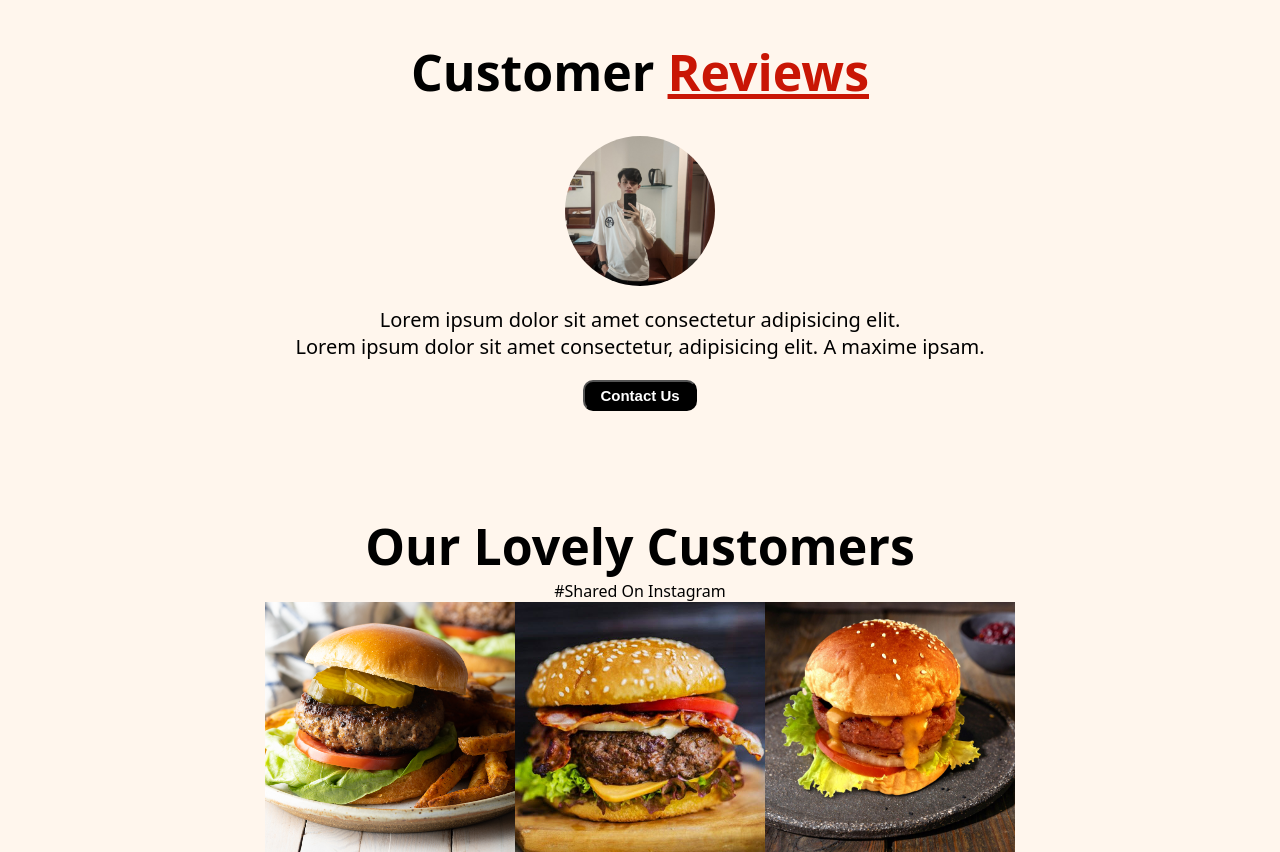
Repository: duc-thanh-2303/food
Page: index.html
These files come from the project's save history. The page is drawn as it stood at one moment and after the next save; the edit follows.
The browser window is 1280 px wide. The pictures show the part of the page from y = 2165 to 3117 px (the page is 3017 px tall before and 3117 px after).
A picture or video elsewhere on the page could not be fetched, so the positions and the page height are approximate.

Above is the page before, as saved 2022-11-29 16:16:50.

### index.html
<!DOCTYPE html>
<html lang="en">
<head>
    <meta charset="UTF-8">
    <meta http-equiv="X-UA-Compatible" content="IE=edge">
    <meta name="viewport" content="width=device-width, initial-scale=1.0">
    <title>Food</title>

    <link rel="stylesheet" href="./css/main.css">
    <link rel="stylesheet" href="./css/header.css">
    <link rel="stylesheet" href="./css/wrap.css">
    <link rel="stylesheet" href="./css/footer.css">
</head>
<body>

    <!-- header -->
    <header id="header">
        <img src="./img/burger.png" alt="" class="header__img">
        <div class="header__menu">
            <p>ORDER MENU</p>
            <p>CONTACT US</p>
        </div>
    </header>

    <!-- content -->
    <div id="wrap-content">

        <div class="title">
            <div class="title__name">
                <p class="title__name-first">TRY OUR NEW</p>
                <p class="title__name-second">YUMMY! BEEF BURGER</p>
                <span>hungry? let's meat up</span>
                <button class="title__name-btn">ORDER HERE!</button>
            </div>
            <img src="./img/main.png" alt="" class="title__img">
        </div>

        <div class="menu">
            <h1>OUR <span class="menu__title">MENU</span></h1>
            <div class="menu__section">
                <div class="menu__section__box">
                    <img src="./img/qc__1.png" alt="" class="menu__section__box__img">
                    <h3>CHEEZ BURGER</h3>
                    <p>Lorem ipsum dolor sit, amet consectetur adipisicing elit. Placeat ipsam debitis voluptate enim.</p>
                </div>

                <div class="menu__section__box">
                    <img src="./img/qc__2.png" alt="" class="menu__section__box__img">
                    <h3>CHEEZ BURGER</h3>
                    <p>Lorem ipsum dolor sit, amet consectetur adipisicing elit. Placeat ipsam debitis voluptate enim.</p>
                </div>

                <div class="menu__section__box">
                    <img src="./img/qc__1.png" alt="" class="menu__section__box__img">
                    <h3>CHEEZ BURGER</h3>
                    <p>Lorem ipsum dolor sit, amet consectetur adipisicing elit. Placeat ipsam debitis voluptate enim.</p>
                </div>

                <div class="menu__section__box">
                    <img src="./img/qc__2.png" alt="" class="menu__section__box__img">
                    <h3>CHEEZ BURGER</h3>
                    <p>Lorem ipsum dolor sit, amet consectetur adipisicing elit. Placeat ipsam debitis voluptate enim.</p>
                </div>
            </div>
        </div>

        <div class="combo">
            <h1 class="combo__title">SPECIAL CAMBO PACK</h1>
            <p class="combo__infor">Dady Burger, Fries & Soft Drink</p>
            <img src="./img/combo.png" alt="" class="combo__img">
        </div>

        <div class="customer">
            <h1 class="customer__name">Customer <span>Reviews</span></h1>
            <img src="./img/z3869192479946_b16734736fdfa61bce0daaa9820a2c93.jpg" class="customer__img" alt="">
            <div class="customer__infor">
                <p>Lorem ipsum dolor sit amet consectetur adipisicing elit.</p>
                <p>Lorem ipsum dolor sit amet consectetur, adipisicing elit. A maxime ipsam.</p>
            </div>
            <button class="customer__btn">Contact Us</button>
        </div>

        <div class="section">
            <h1>Our Lovely Customers</h1>
            <p>#Shared On Instagram</p>
            <div class="section__img">
                <img src="./img/team__1.jpg" alt="">
                <img src="./img/team__2.jpg" alt="">
                <img src="./img/team__3.jpg" alt="">
            </div>
        </div>
    </div>

    <!-- footer -->
    <footer id="footer">

    </footer>

    <script type="module" src="https://unpkg.com/ionicons@5.5.2/dist/ionicons/ionicons.esm.js"></script>
    <script nomodule src="https://unpkg.com/ionicons@5.5.2/dist/ionicons/ionicons.js"></script>
</body>
</html>

### css/main.css
@import url('https://fonts.googleapis.com/css2?family=Roboto:wght@100;300;500;700&display=swap');

* {
    margin: 0;
    padding: 0;
    box-sizing: border-box;
}

html {
    scroll-behavior: smooth;
}

:root {
    --white: #FFF6ED;
    --yellow: #FF8803;
    --orance: #F76E00;
    --red: #C91605;
    --bg: #E9DBC7;
}

body {
    background-color: var(--white);
    font-family: system-ui, -apple-system, BlinkMacSystemFont, 'Segoe UI', Roboto, Oxygen, Ubuntu, Cantarell, 'Open Sans', 'Helvetica Neue', sans-serif;
}

### css/header.css
:root {
    --white: #FFF6ED;
    --yellow: #FF8803;
    --orance: #F76E00;
    --red: #C91605;
    --bg: #E9DBC7;
}

#header {
    display: flex;
    flex-direction: row;
    justify-content: space-between;
    margin-left: 50px;
    margin-right: 50px;
    margin-top: 10px;
}

.header__img {
    width: 75px;
    height: 75px;
    object-fit: cover;
    object-position: center;
}

.header__menu {
    display: flex;
    flex-direction: row;
    justify-content: center;
    align-items: center;
}

.header__menu p {
    margin-left: 5px;
    margin-right: 5px;
    font-weight: bold;
    font-size: 20px;
    cursor: pointer;
    transition: all 0.15s;
}

.header__menu p:hover{
    color: var(--red);
    text-decoration: underline;
}

### css/wrap.css
:root {
    --white: #FFF6ED;
    --yellow: #FF8803;
    --orance: #F76E00;
    --red: #C91605;
    --bg: #E9DBC7;
}

#wrap-content {
    margin-left: 50px;
    margin-right: 50px;
}

.title {
    display: flex;
    flex-direction: row;
    justify-content: center;
    align-items: center;
    height: 80vh;
}

.title__img {
    width: 650px;
    height: 650px;
    object-fit: cover;
    object-position: center;
}

.title__name {
    display: flex;
    flex-direction: column;
    text-align: left;
    line-height: 1.2;
}

.title__name-first,
.title__name-second {
    font-size: 50px;
    font-weight: bold;
}

.title__name-second {
    color: var(--red);
}

.title__name > span {
    font-size: 15px;
}

.title__name-btn {
    margin-top: 10px;
    background-color: var(--orance);
    color: black;
    border: none;
    width: 200px;
    height: 40px;
    font-weight: bold;
    font-size: 25px;
    cursor: pointer;
    transition: all 0.3s;
}

.title__name-btn:hover {
    border-radius: 10px;
    background-color: var(--white);
    border: solid 2px var(--orance);
    color: var(--orance);
}

.menu {
    height: 100vh;
    display: flex;
    flex-direction: column;
    justify-content: center;
    align-items: center;
}

h1 {
    font-size: 50px;
}

.menu__title {
    color: var(--red);
    font-size: 50px;
    margin: 0 0 0 0;
}

.menu__section {
    display: flex;
    flex-direction: row;
}

.menu__section__box {
    display: flex;
    flex-direction: column;
    justify-content: center;
    align-items: center;
    width: 250px;
    height: auto;
    background-color: var(--bg);
    padding: 10px 20px 10px 20px;
    border-radius: 10px;
    margin: 90px 20px 0 20px ;
}

.menu__section__box__img {
    width: 180px;
    object-fit: cover;
    object-position: center;
}

h3 {
    color: var(--red);
    font-size: 20px;
}

.combo {
    display: flex;
    flex-direction: column;
    justify-content: center;
    align-items: center;
    height: 100vh;
}

.combo__title,
.combo__infor {
    color: var(--red);
}

.combo__img {
    width: 600px;
    object-fit: cover;
    object-position: center;
    margin: 50px 0 0 0;
}

.customer {
    display: flex;
    flex-direction: column;
    justify-content: center;
    align-items: center;
    height: 80vh;
}

.customer__name > span {
    color: var(--red);
    text-decoration: underline;
    margin: 0 0 0 0;
}

.customer__img {
    width: 150px;
    height: 150px;
    object-fit: cover;
    object-position: center;
    border-radius: 100rem;
    margin: 30px 0 0 0;
}

.customer__infor {
    margin: 20px 0 0 0;
    text-align: center;
    font-size: 20px;
}

.customer__btn {
    margin: 20px 0 0 0;
    background-color: black;
    color: white;
    padding: 5px 15px;
    font-size: 15px;
    border-radius: 10px;
    font-weight: bold;
    transition: all 0.3s;
}

.customer__btn:hover {
    color: black;
    background-color: white;
    border: solid 1px black;
}

.section {
    display: flex;
    flex-direction: column;
    justify-content: center;
    align-items: center;
}

.section__img {
    display: flex;
    flex-direction: row;
    justify-content: center;
    align-items: center;
}

.section__img > img {
    width: 250px;
    height: 250px;
    object-fit: cover;
    object-position: center;
}

Loaded but not shown: css/footer.css (no stored copy; drawn as an empty file)

After the next save:
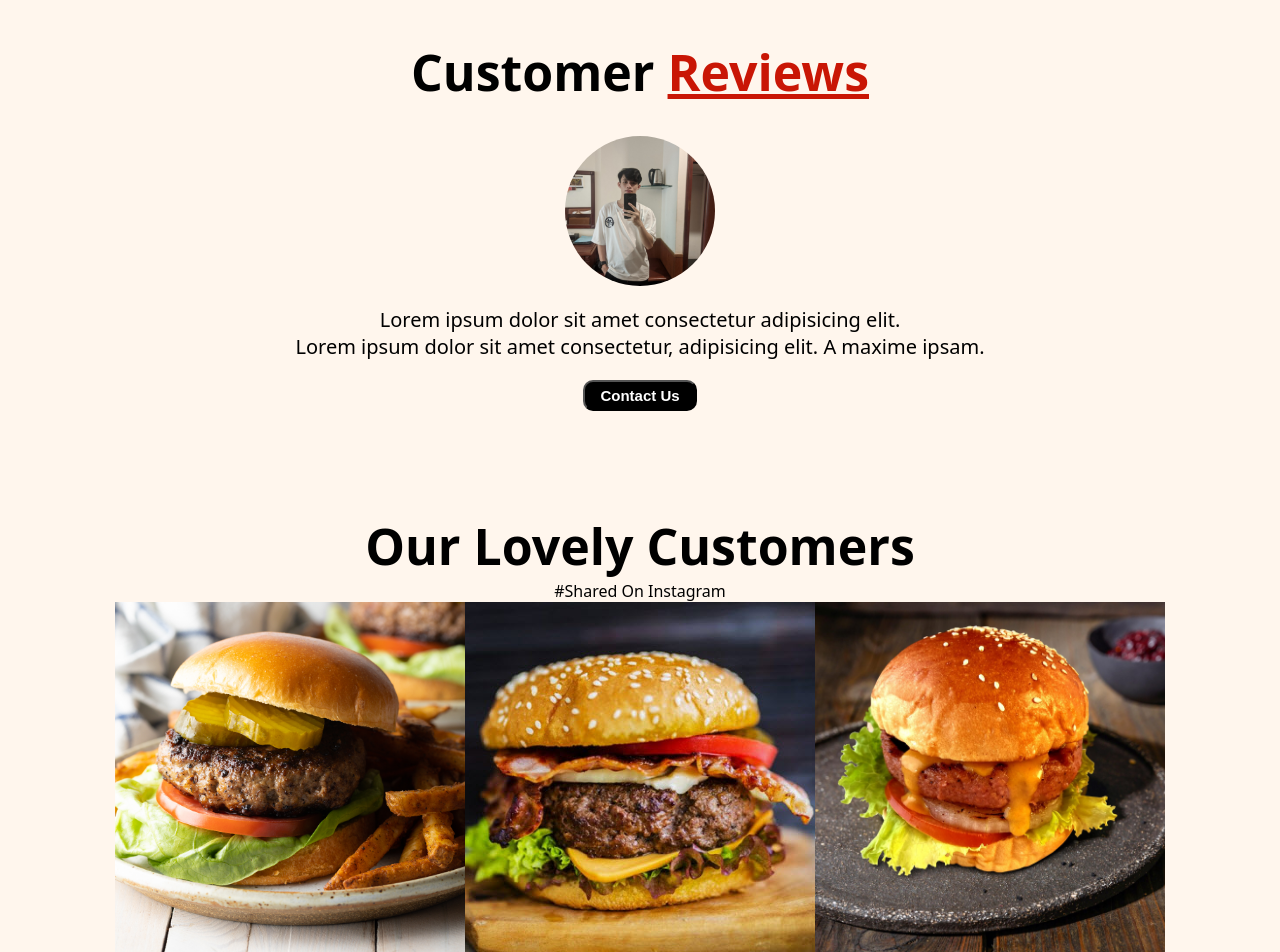
Saved 9 s later.
--- a/css/wrap.css
+++ b/css/wrap.css
@@ -195,8 +195,8 @@
 }
 
 .section__img > img {
-    width: 250px;
-    height: 250px;
-    object-fit: cover;
-    object-position: center;
-}
+    width: 350px;
+    height: 350px;
+    object-fit: cover;
+    object-position: center;
+}
